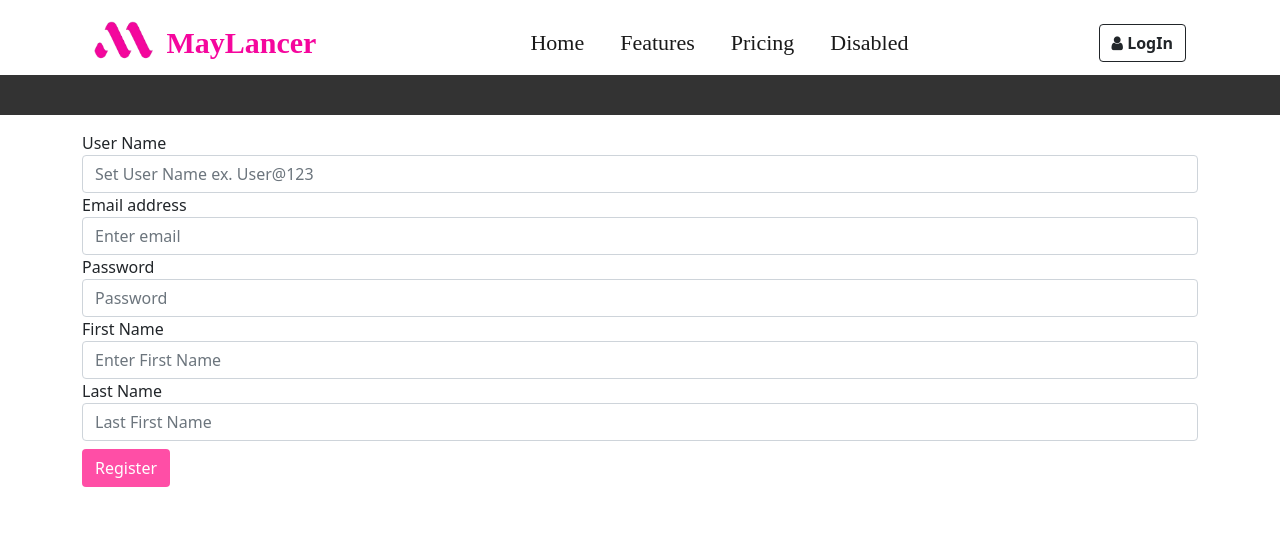
Repository: prathmesh2023/maylancers
Page: http://localhost/register
The author's editor kept a copy of each file at every save. The page is drawn from the files as they stood at one save, then again after the next save.
The browser window is 1280 px wide. The pictures show the whole page.
Some web fonts or font styles are not loaded; a fallback is used. Some web libraries are served in a nearby version. The page is served by the project's application, run on Django 3.2 (manage.py).

Above is the page before, as saved 2022-01-23 19:59:52.

After the next save:
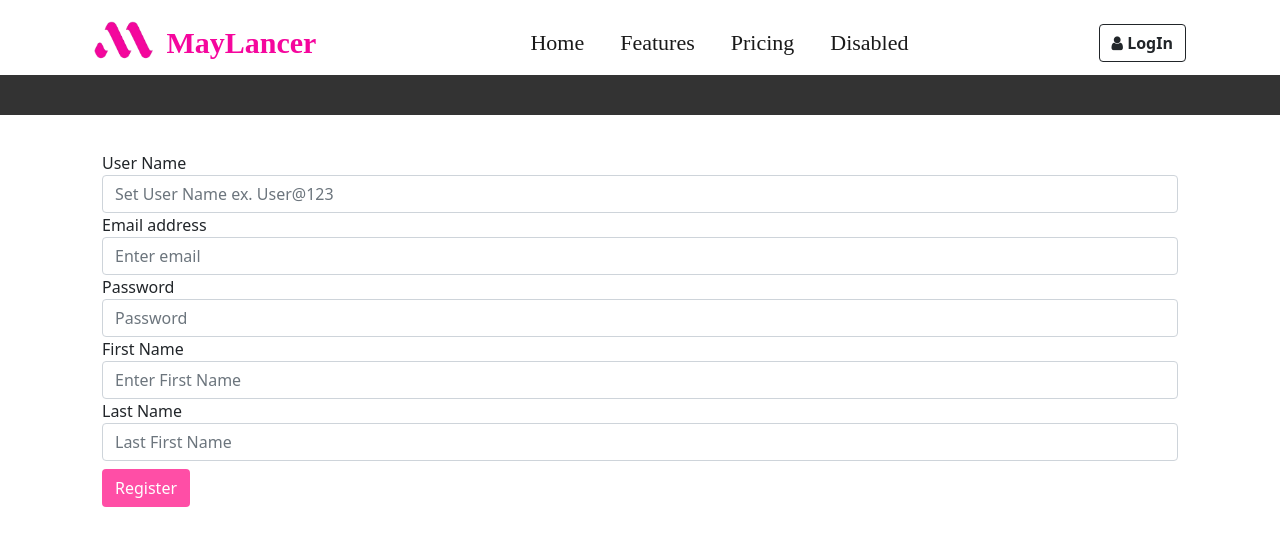
Saved 2 min 22 s later.
--- a/templates/register.html
+++ b/templates/register.html
@@ -1,7 +1,7 @@
 {% extends "base.html" %} {% block title %} Register|MayLancer {% endblock title %} {% block main %}
 <div class="container my-3">
 
-    <form method="post" action="/register">
+    <form method="post" action="/register" style="padding:20px;">
         {% csrf_token %}
         <div class="form-group">
             <label for="exampleInputEmail1">User Name</label>
